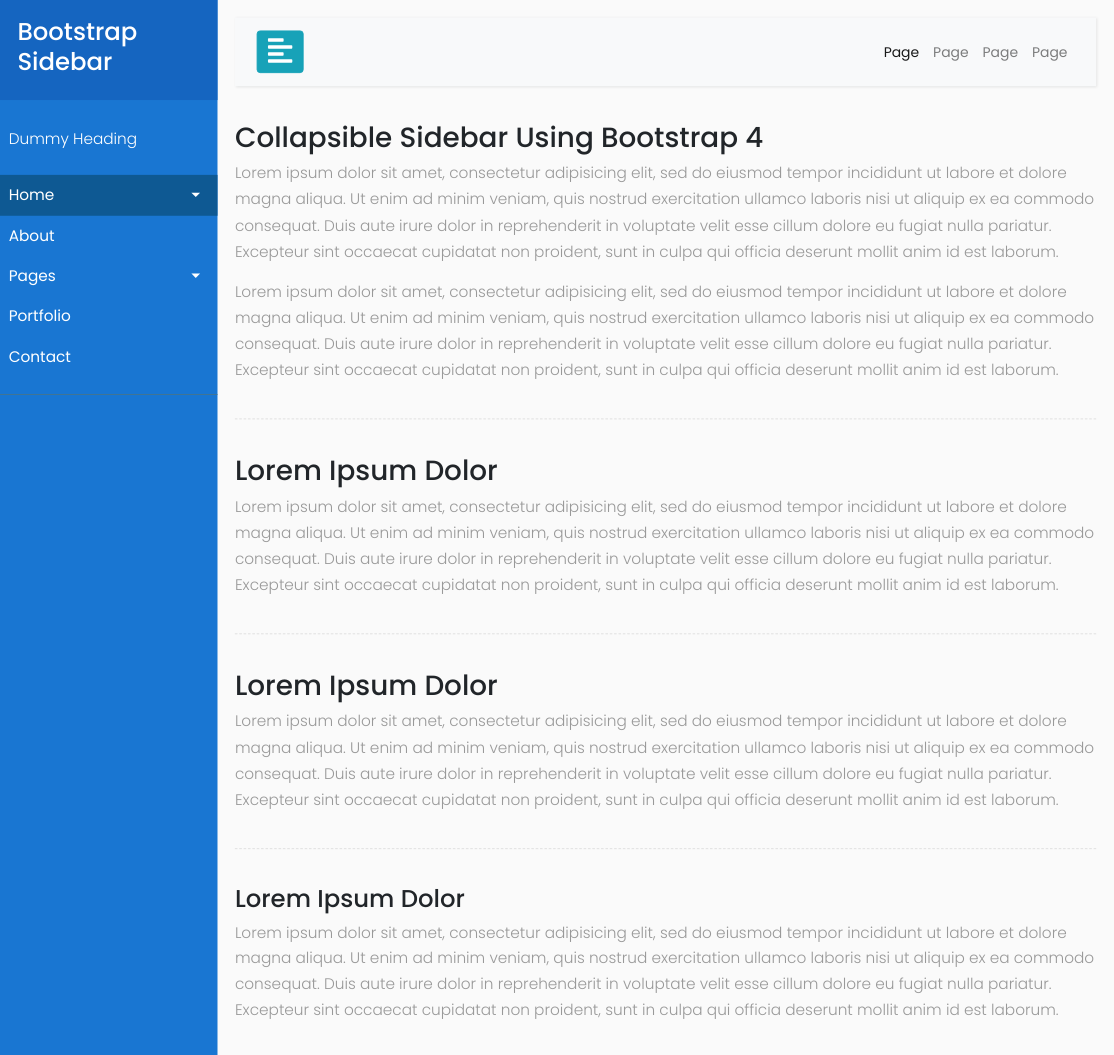
Repository: thiagosfideles/aprendendo-git
Page: http://localhost/
The author's editor kept a record of every edit. The page is drawn from the files as they stood at one moment, then again after the next edit.
The browser window is 1280 px wide. The pictures show the whole page, at 87% of full size.
Some web libraries are served in a nearby version. The page is run by PHP 8.4 with error messages shown; the project is at /var/www/html/.

Above is the page before.

After the next edit:
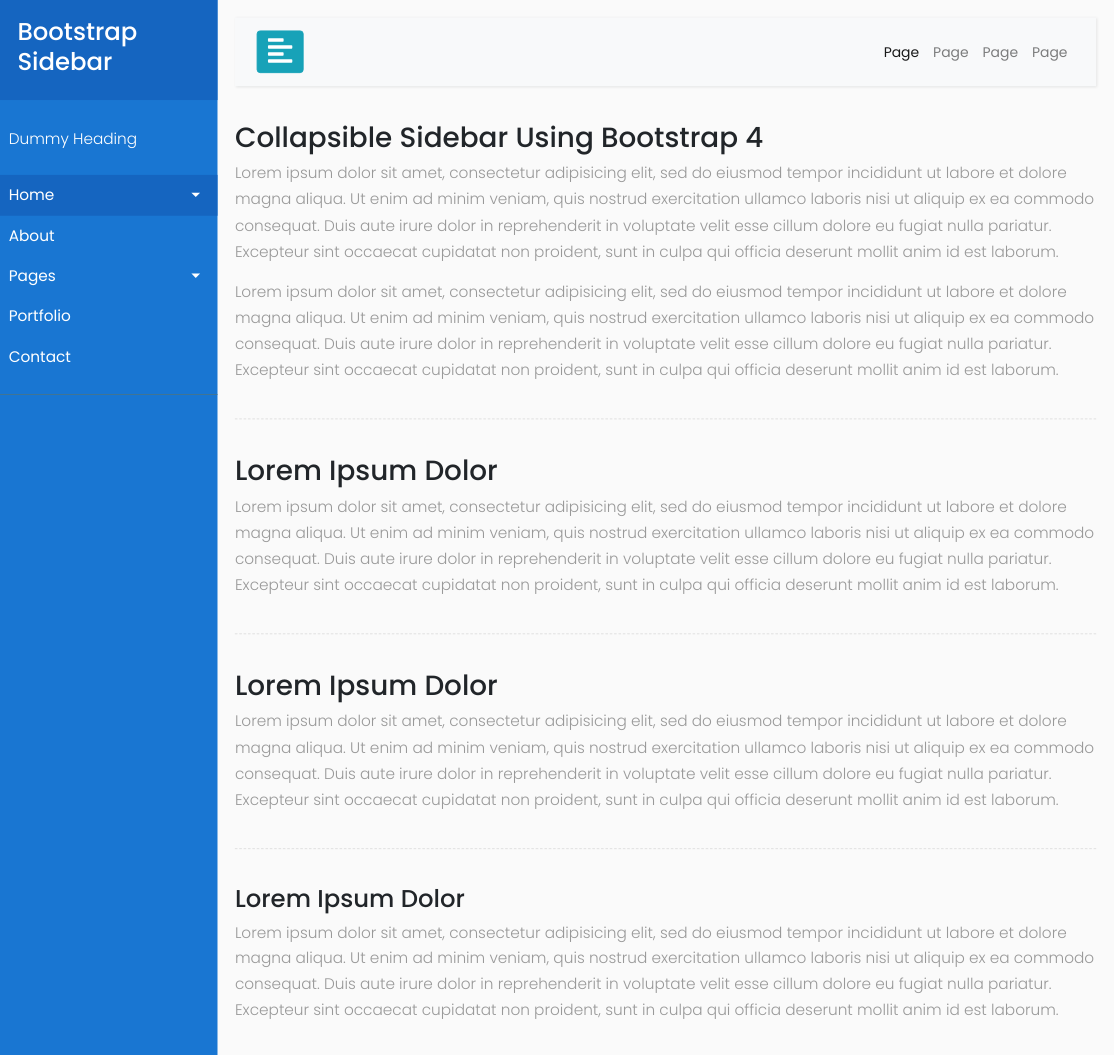
The edit:
--- a/css/style.css
+++ b/css/style.css
@@ -97,7 +97,7 @@
 #sidebar ul li.active>a,
 a[aria-expanded="true"] {
     color: #fff;
-    background: #0E5993;
+    background: #1565c0 ;
 }
 
 a[data-toggle="collapse"] {
